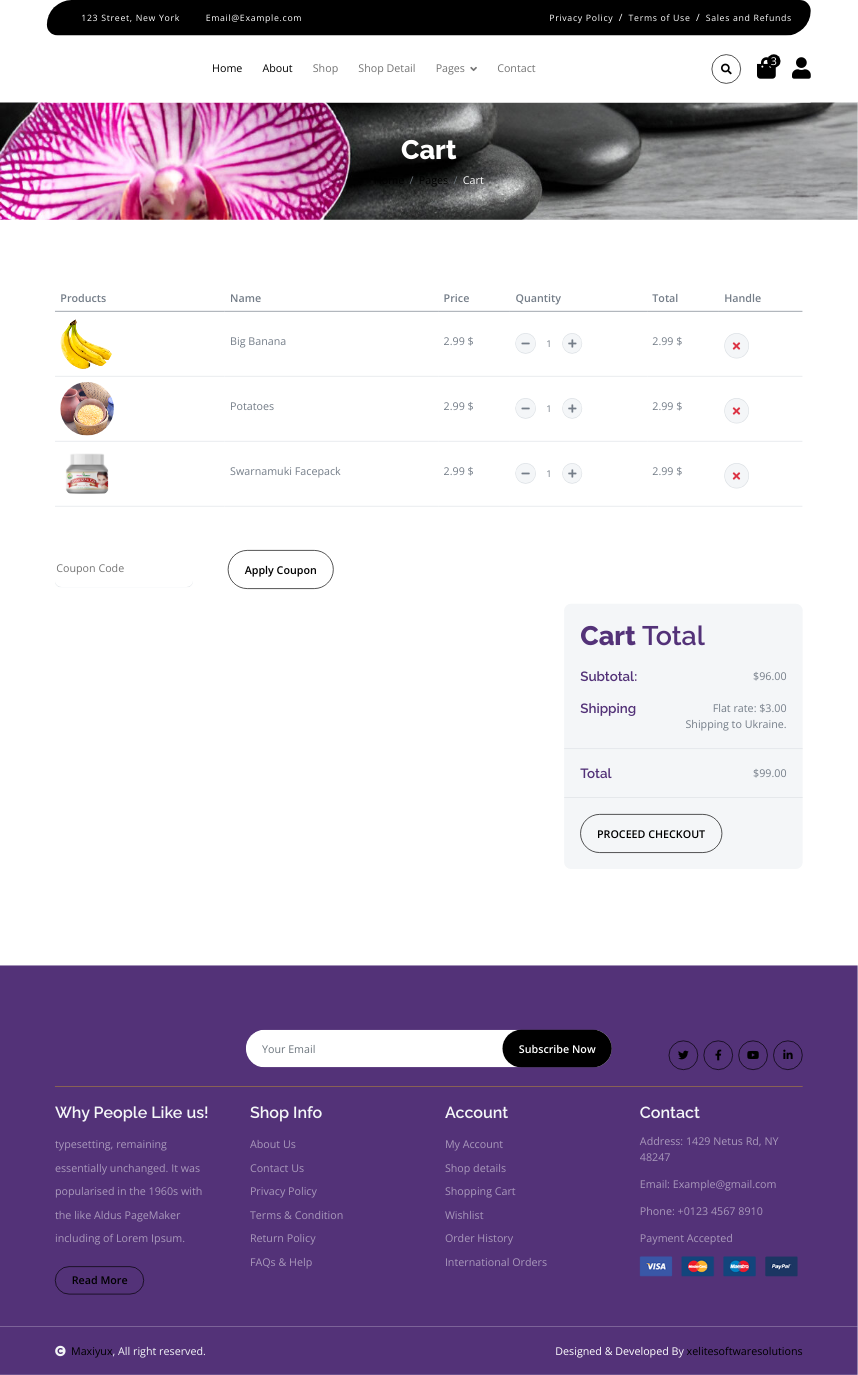
Repository: ChristhurasaRoshan/Maxiyux-New
Page: cart.html
The author's editor kept a copy of each file at every save. The page is drawn from the files as they stood at one save, then again after a run of saves.
The browser window is 1280 px wide. The pictures show the whole page, at 67% of full size.
Some web libraries are served in a nearby version.

Above is the page before, as saved 2024-10-08 20:54:25.

After the next 3 saves:
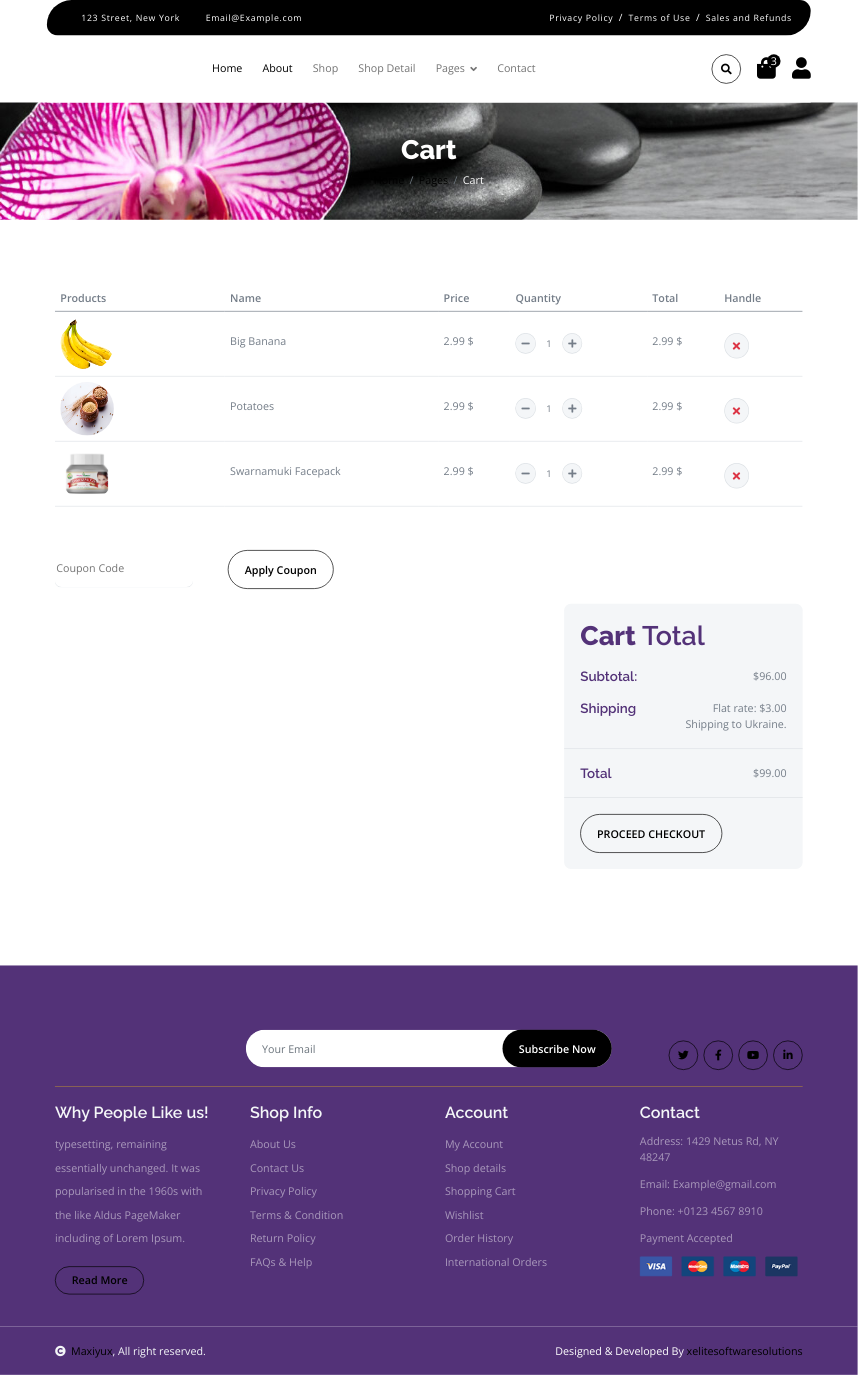
The 3 saves are shown as one change because they came seconds apart.
The last was saved 14 s later.
--- a/cart.html
+++ b/cart.html
@@ -181,7 +181,7 @@
                             <tr>
                                 <th scope="row">
                                     <div class="d-flex align-items-center">
-                                        <img src="img/ayurvehic-products/millets/mungbean.jpg" class="img-fluid me-5 rounded-circle" style="width: 80px; height: 80px;" alt="" alt="">
+                                        <img src="img/ayurvehic-products/millets/daliya.jpg" class="img-fluid me-5 rounded-circle" style="width: 80px; height: 80px;" alt="" alt="">
                                     </div>
                                 </th>
                                 <td>
